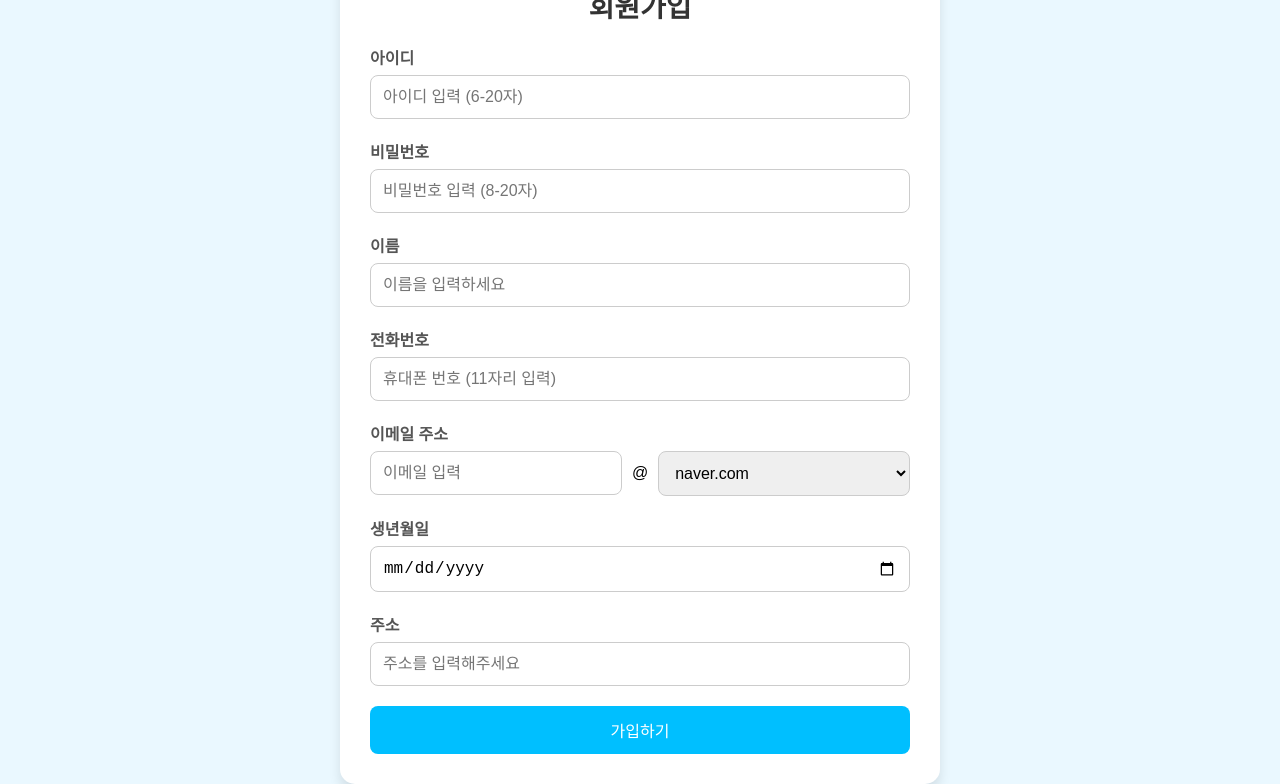
Repository: HB1112/cloud
Page: http://localhost/Solocare/WEB-INF/views/member/addmember.jsp
The author's editor kept a copy of each file at every save. The page is drawn from the files as they stood at one save, then again after the next save.
The browser window is 1280 px wide. The pictures show the whole page.
The page is served by Tomcat 9. Nobody is signed in. Other server files are loaded and not shown. The template is opened directly, without the code that normally fills it, so the values that code supplies are empty.

Above is the page before, as saved 2024-12-23 06:48:11.

### Solocare/src/main/webapp/WEB-INF/views/member/addmember.jsp
<%@ page language="java" contentType="text/html; charset=UTF-8"
    pageEncoding="UTF-8"%>
<!DOCTYPE html>
<html lang="ko">
<head>
    <meta charset="UTF-8">
    <meta name="viewport" content="width=device-width, initial-scale=1.0">
    <title>회원가입</title>
    <style>
        body {
            font-family: 'Arial', sans-serif;
            background-color: #eaf8ff;
            margin: 0;
            padding: 0;
            display: flex;
            justify-content: center;
            align-items: center;
            height: 100vh;
            overflow: hidden; /* 스크롤 숨기기 */
        }
        .form-container {
            background: #fff;
            padding: 30px; /* 패딩 줄임 */
            border-radius: 15px;
            box-shadow: 0 8px 12px rgba(0, 0, 0, 0.1);
            width: 600px;
            box-sizing: border-box;
        }
        .form-container h1 {
            font-size: 28px; /* 제목 크기 줄임 */
            margin-bottom: 20px; /* 마진 줄임 */
            text-align: center;
            color: #333;
        }
        .form-group {
            margin-bottom: 20px; /* 마진 줄임 */
        }
        .form-group label {
            display: block;
            margin-bottom: 6px; /* 마진 줄임 */
            font-weight: bold;
            font-size: 16px;
            color: #555;
        }
        .form-group input {
            width: 100%;
            padding: 12px; /* 패딩 줄임 */
            border: 1px solid #ccc;
            border-radius: 8px;
            font-size: 16px;
            box-sizing: border-box;
        }
        .form-group input:focus {
            border-color: #007bff;
            outline: none;
        }
        .email-input-container {
            display: flex;
            align-items: center;
            gap: 10px;
        }
        .email-input-container input,
        .email-input-container select {
            flex: 1;
            padding: 12px; /* 패딩 줄임 */
            border: 1px solid #ccc;
            border-radius: 8px;
            font-size: 16px;
            box-sizing: border-box;
        }
        .email-input-container input:focus,
        .email-input-container select:focus {
            border-color: #007bff;
            outline: none;
        }
        .form-actions {
            display: flex;
            justify-content: space-between;
            gap: 15px;
        }
        .form-actions button {
            flex: 1;
            padding: 12px; /* 패딩 줄임 */
            border: none;
            border-radius: 8px;
            cursor: pointer;
            font-size: 16px;
        }
        .form-actions .submit-btn {
            background-color: #00bfff;
            color: white;
        }
        .form-actions .cancel-btn {
            background-color: #ff6347;
            color: white;
        }
        .form-actions button:hover {
            opacity: 0.9;
        }
    </style>
</head>
<body>
    <div class="form-container">
        <h1>회원가입</h1>
        <form action="addmember" method="post">
            <div class="form-group">
                <label for="username">아이디</label>
                <input type="text" id="id" name="id" placeholder="아이디 입력 (6-20자)" required>
            </div>
            <div class="form-group">
                <label for="password">비밀번호</label>
                <input type="password" id="pw" name="pw" placeholder="비밀번호 입력 (8-20자)" required>
            </div>
            <div class="form-group">
                <label for="name">이름</label>
                <input type="text" id="name" name="name" placeholder="이름을 입력하세요" required>
            </div>
            <div class="form-group">
                <label for="phone">전화번호</label>
                <input type="text" id="phone" name="phone" placeholder="휴대폰 번호 (11자리 입력)" required>
            </div>
            <div class="form-group">
                <label for="email">이메일 주소</label>
                <div class="email-input-container">
                    <input type="text" id="email" name="email" placeholder="이메일 입력" required>
                    <span>@</span>
                    <select name="mailDomain">
                        <option value="naver.com">naver.com</option>
                        <option value="gmail.com">gmail.com</option>
                        <option value="daum.net">daum.net</option>
                        <option value="yahoo.com">yahoo.com</option>
                        <option value="custom">직접 입력</option>
                    </select>
                </div>
            </div>
            <div class="form-group">
                <label for="birth">생년월일</label>
                <input type="date" id="birth" name="birth" required>
            </div>
            <div class="form-group">
                <label for="confirm-password">주소</label>
                <input type="text" id="address" name="address" placeholder="주소를 입력해주세요" required>
            </div>
            <div class="form-actions">
                <button type="submit" class="submit-btn">가입하기</button>
            </div>
        </form>
    </div>
</body>
</html>

After the next save:
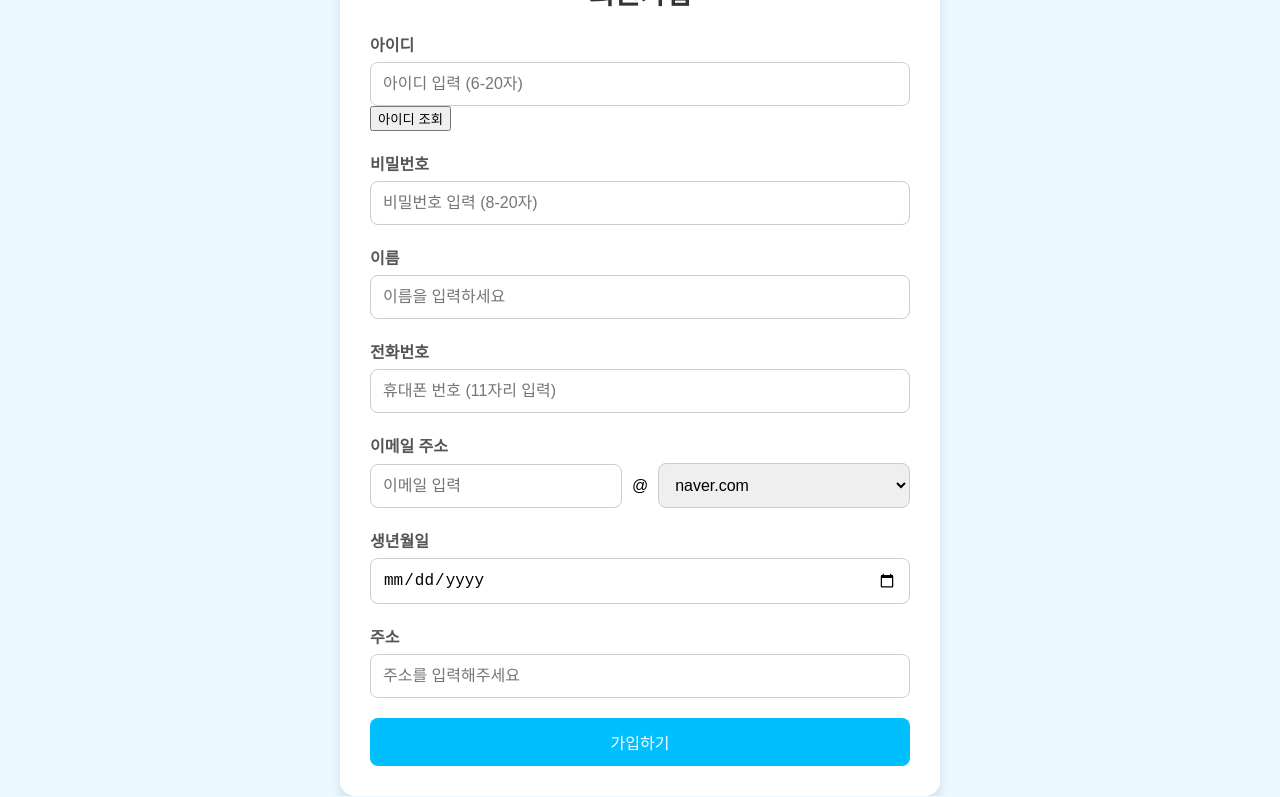
Saved 22 s later.
--- a/Solocare/src/main/webapp/WEB-INF/views/member/addmember.jsp
+++ b/Solocare/src/main/webapp/WEB-INF/views/member/addmember.jsp
@@ -106,6 +106,7 @@
             <div class="form-group">
                 <label for="username">아이디</label>
                 <input type="text" id="id" name="id" placeholder="아이디 입력 (6-20자)" required>
+                <button id="check" type="button">아이디 조회</button>
             </div>
             <div class="form-group">
                 <label for="password">비밀번호</label>
